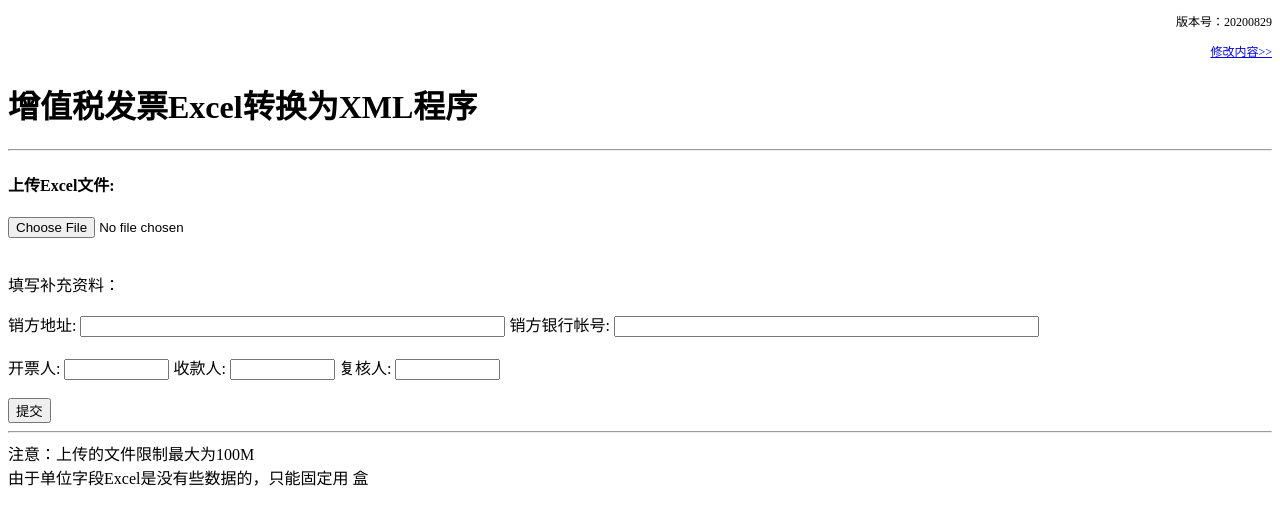
Repository: SFGuile/learnSpringapp
Page: http://localhost/demo/home.jsp
These files come from the project's save history. The page is drawn as it stood at one moment and after the next save; the edit follows.
The browser window is 1280 px wide. The pictures show the whole page.
The page is served by Tomcat 9. Other server files are loaded and not shown.

Above is the page before, as saved 2020-08-29 02:18:59.

### demo/src/main/webapp/home.jsp
<%@ page language="java" contentType="text/html; charset=UTF-8"
    pageEncoding="UTF-8"%>
<!DOCTYPE html>
<html>
<head>

<meta charset="UTF-8">
<title>增值税发票Excel转换为XML程序（测试版）</title>
</head>
<body>

   <div>

    <p style="font-size:12px;text-align: right;">版本号：20200829</p>

   </div>

    <div>
     <p style="font-size:12px;text-align: right;"><a href="../releasenote">修改内容>></a></p>

    </div>

  <h1 style="text-align: left;">增值税发票Excel转换为XML程序</h1>


  <hr/>
  <h4>上传Excel文件:</h4>
  <form method="POST" action="uploadfile"  enctype="multipart/form-data">
    <input type="file" name="file"  accept=".xls"/> <br/><br/>
    <p>填写补充资料：</p>
     <label for="fname">销方地址:</label>
     <input type="text" id="address" name="address" size="50">
     <label for="lname">销方银行帐号:</label>
     <input type="text" id="bankaccount" name="bankaccount" size="50"><br/><br/>
     <label for="lname">开票人:</label>
     <input type="text" id="kpr" name="kpr" size="10">
      <label for="lname">收款人:</label>
     <input type="text" id="skr" name="skr" size="10">
      <label for="lname">复核人:</label>
     <input type="text" id="fhr" name="fhr" size="10"><br/><br/>
    <button type="submit">提交</button>
  </form>
  <hr/>
  <div>
    ${message}
  </div>

   <div>

  </div>





</body>
</html>
注意：上传的文件限制最大为100M</br>
由于单位字段Excel是没有些数据的，只能固定用 盒

After the next save:
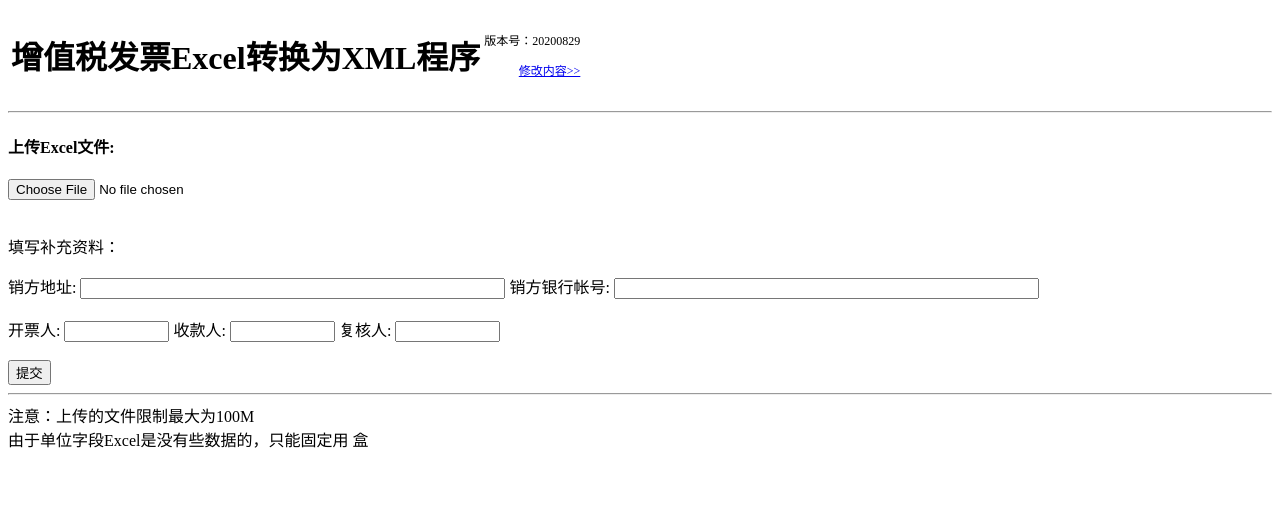
Saved 10 min 11 s later.
--- a/demo/src/main/webapp/home.jsp
+++ b/demo/src/main/webapp/home.jsp
@@ -9,18 +9,16 @@
 </head>
 <body>
 
-   <div>
+ <table>
+<tbody>
+<tr>
+<td><h1 style="text-align: left;">增值税发票Excel转换为XML程序</h1></td>
+<td> <p style="font-size:12px;text-align: right;">版本号：20200829</p>
+         <p style="font-size:12px;text-align: right;"><a href="../releasenote">修改内容>></a></p></td>
+</tr>
 
-    <p style="font-size:12px;text-align: right;">版本号：20200829</p>
-
-   </div>
-
-    <div>
-     <p style="font-size:12px;text-align: right;"><a href="../releasenote">修改内容>></a></p>
-
-    </div>
-
-  <h1 style="text-align: left;">增值税发票Excel转换为XML程序</h1>
+</tbody>
+</table>
 
 
   <hr/>
